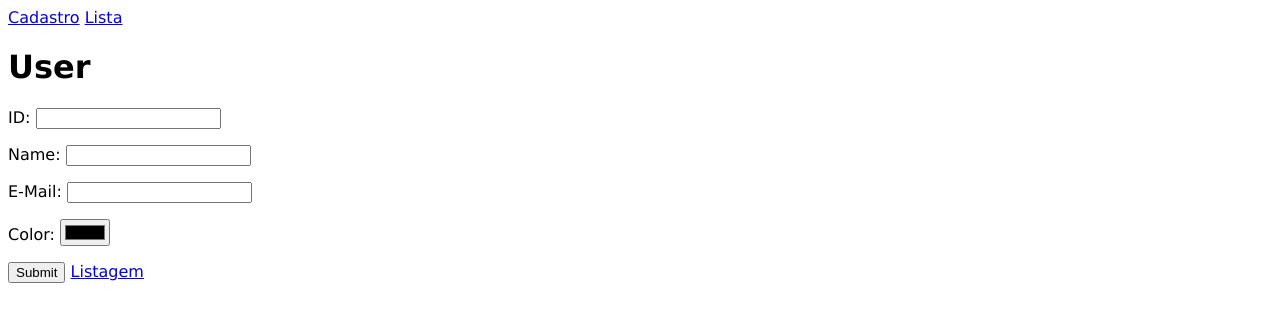
Repository: ArthurAMichelettiS/ftt-web-API
Page: ftt-WEB-api/src/main/webapp/index.html
These files come from the project's save history. The page is drawn as it stood at one moment and after the next save; the edit follows.
The browser window is 1280 px wide. The pictures show the whole page.

Above is the page before, as saved 2021-05-09 01:10:37.

After the next save:
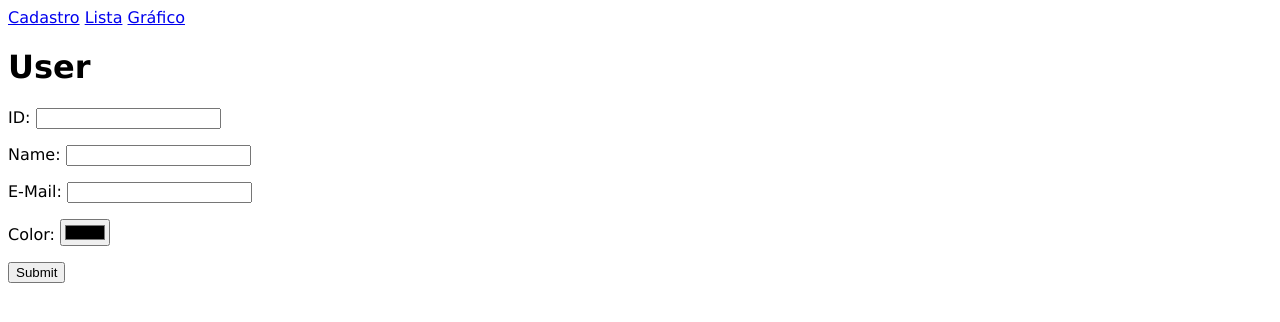
Saved 2 min 56 s later.
--- a/ftt-WEB-api/src/main/webapp/index.html
+++ b/ftt-WEB-api/src/main/webapp/index.html
@@ -13,6 +13,8 @@
 <nav class="navbar">
       <a href="index.html">Cadastro</a>
       <a href="lista.html">Lista</a>
+      <a href="grafico.html">Gráfico</a>
+
     </nav>
 <h1>User</h1>
 <!--  get, post ok -->
@@ -23,8 +25,6 @@
 <p><label for="user-color">Color: </label><input type="color" id="user-color" name="user-color" required></p>
 <input type="submit">
 
-<a href="lista.html">Listagem</a>
-
 </form>
 </body>
 </html>
